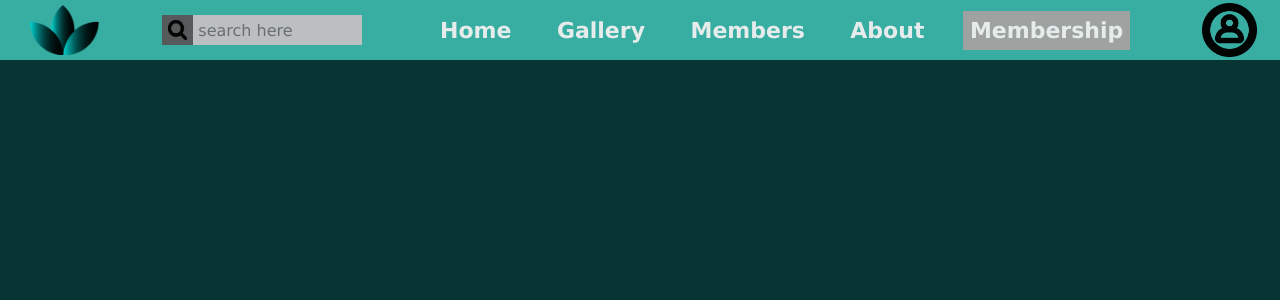
Repository: RawahaMR11/my_assignments
Page: rawaha computer/Shah Designs web/Shah home page.html
The author's editor kept a copy of each file at every save. The page is drawn from the files as they stood at one save, then again after the next save.
The browser window is 1280 px wide. The pictures show the whole page.
The pointer rests on the first visible `.membership`.

Above is the page before, as saved 2024-12-12 17:44:04.

After the next save:
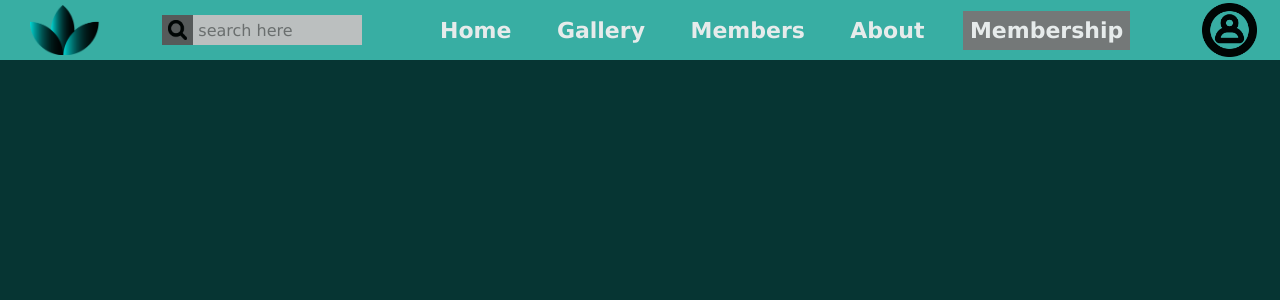
Saved 23 s later.
--- a/rawaha computer/Shah Designs web/Shah home page.css
+++ b/rawaha computer/Shah Designs web/Shah home page.css
@@ -132,7 +132,7 @@ header {
       color: white;
 }
 .membership:hover {
-      background-color: rgb(175, 175, 175);
+      background-color: rgb(128, 128, 128);
 }
 .login {
       height: 90%;
